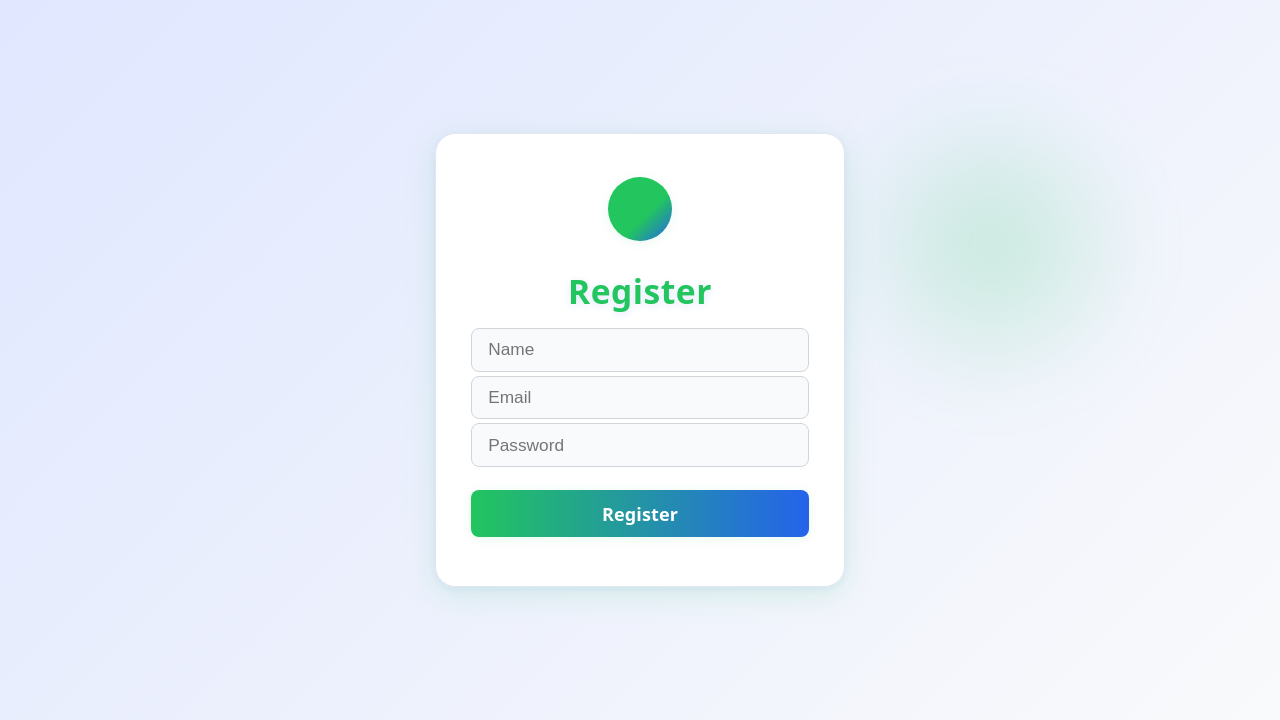
Repository: him021204/Task-Manager
Page: /register (app in client/)
The author's editor kept a copy of each file at every save. The page is drawn from the files as they stood at one save, then again after the next save.
The browser window is 1280 px wide. The pictures show the whole page.
The page's requests for data from a server got no answer. The project was rebuilt for these pictures with package versions that can differ from the ones it lists, and the page was loaded fresh each time. No one was signed in, and anything a server would have sent is missing. Also part of the build but not shown: client/vite.config.js, client/src/pages/Dashboard.css, client/src/pages/Dashboard.jsx, client/src/pages/Login.css, client/src/pages/Login.jsx, client/src/pages/Analytics.css, client/src/pages/Analytics.jsx, client/src/pages/CalendarView.css and 1 more.

Above is the page before, as saved 2025-06-19 19:58:35.

After the next save:
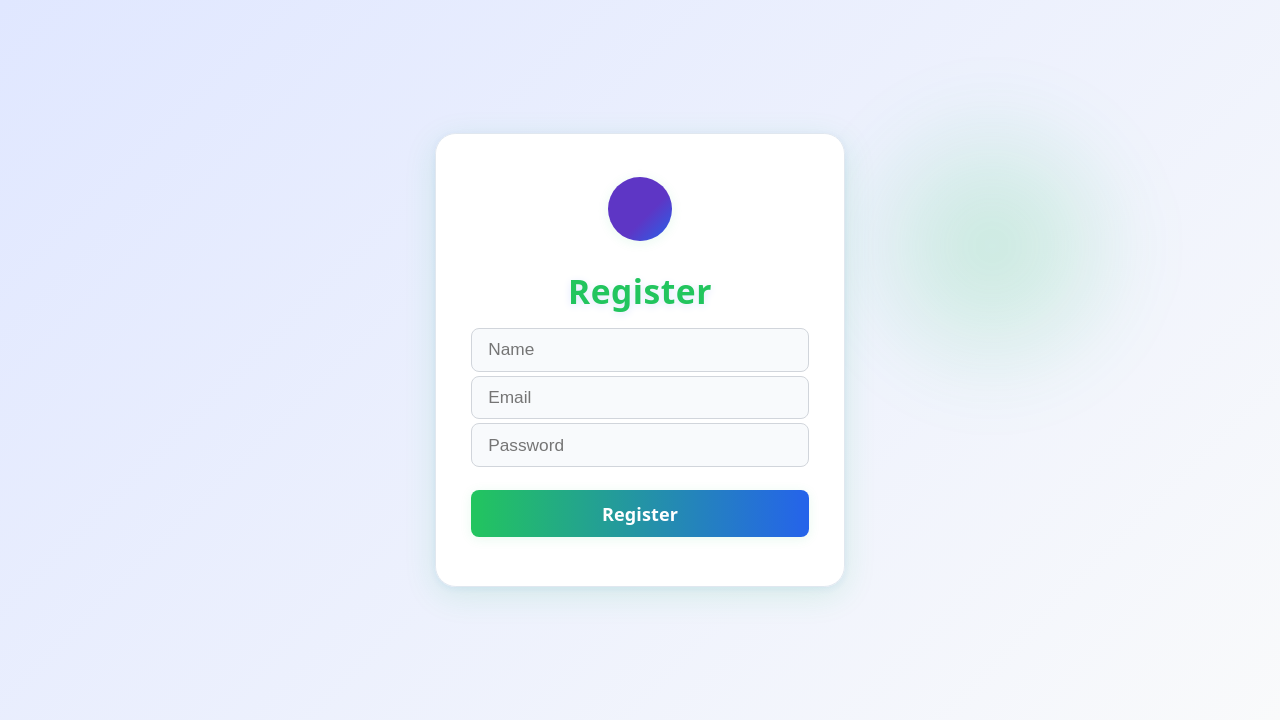
Saved 2 min 34 s later.
--- a/client/src/pages/Register.css
+++ b/client/src/pages/Register.css
@@ -48,7 +48,7 @@
   width: 64px;
   height: 64px;
   border-radius: 50%;
-  background: linear-gradient(135deg, #22c55e 60%, #2563eb 100%);
+  background: linear-gradient(135deg, #5e36c5 60%, #2563eb 100%);
   display: flex;
   align-items: center;
   justify-content: center;
